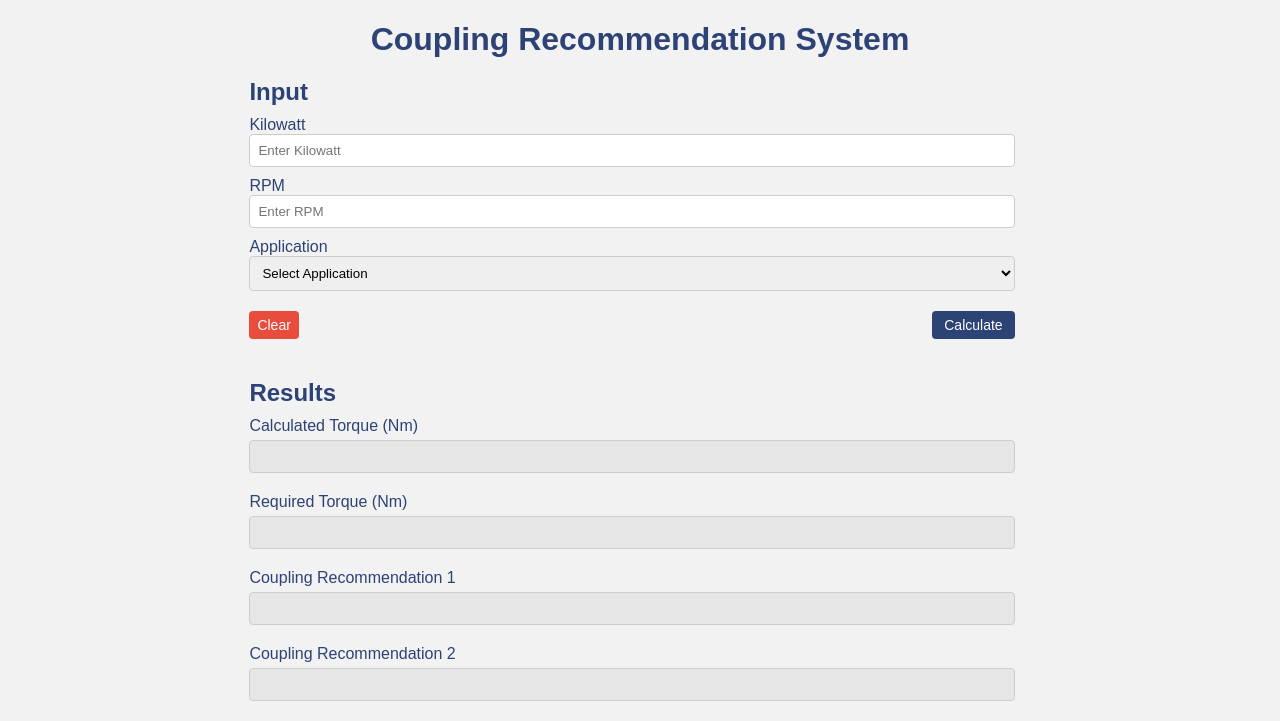
Repository: JustinSadie/calculator
Page: newIndex.html
The author's editor kept a copy of each file at every save. The page is drawn from the files as they stood at one save, then again after the next save.
The browser window is 1280 px wide. The pictures show the whole page.

Above is the page before, as saved 2024-08-25 17:05:07.

After the next save:
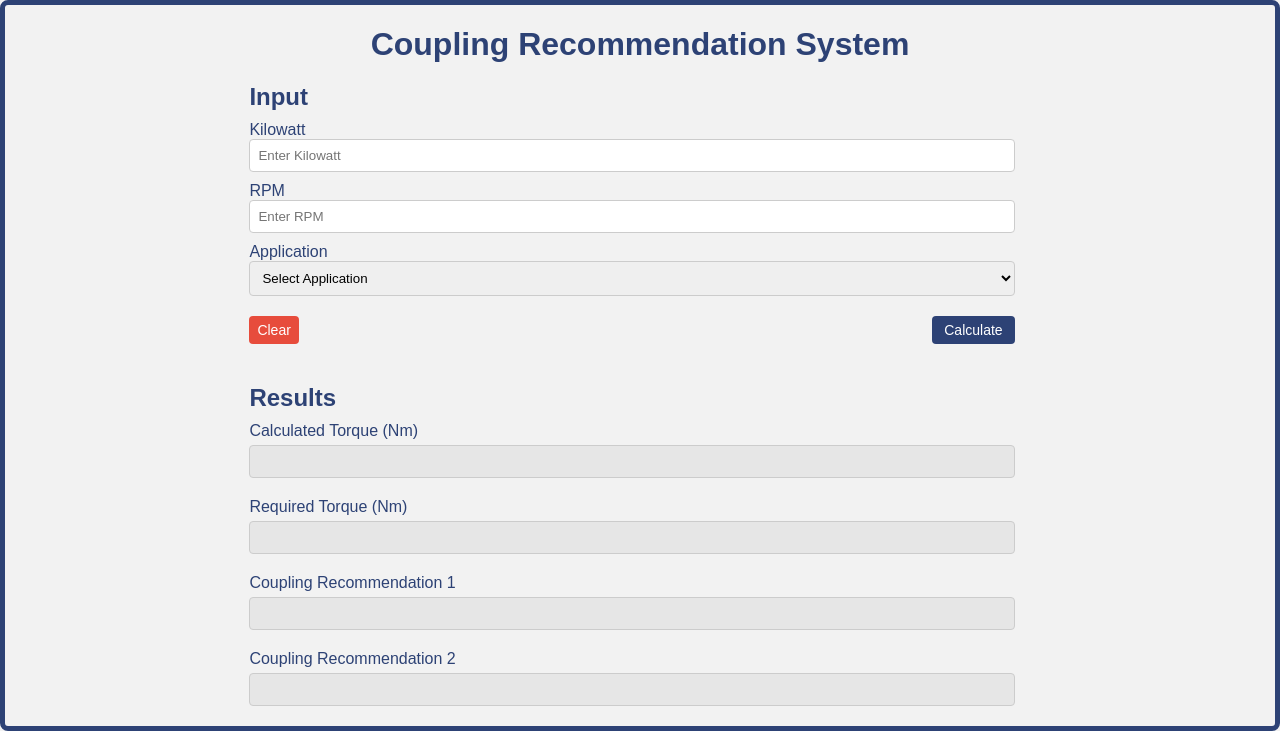
Saved 4 min 1 s later.
--- a/newCSS.css
+++ b/newCSS.css
@@ -9,6 +9,8 @@
   justify-content: center;
   align-items: center;
   min-height: 100vh;
+  border: 5px solid #2d4275; /* Add border around the container */
+  border-radius: 8px;
 }
 
 .coupling-caclulator {

After the 2 saves that followed:
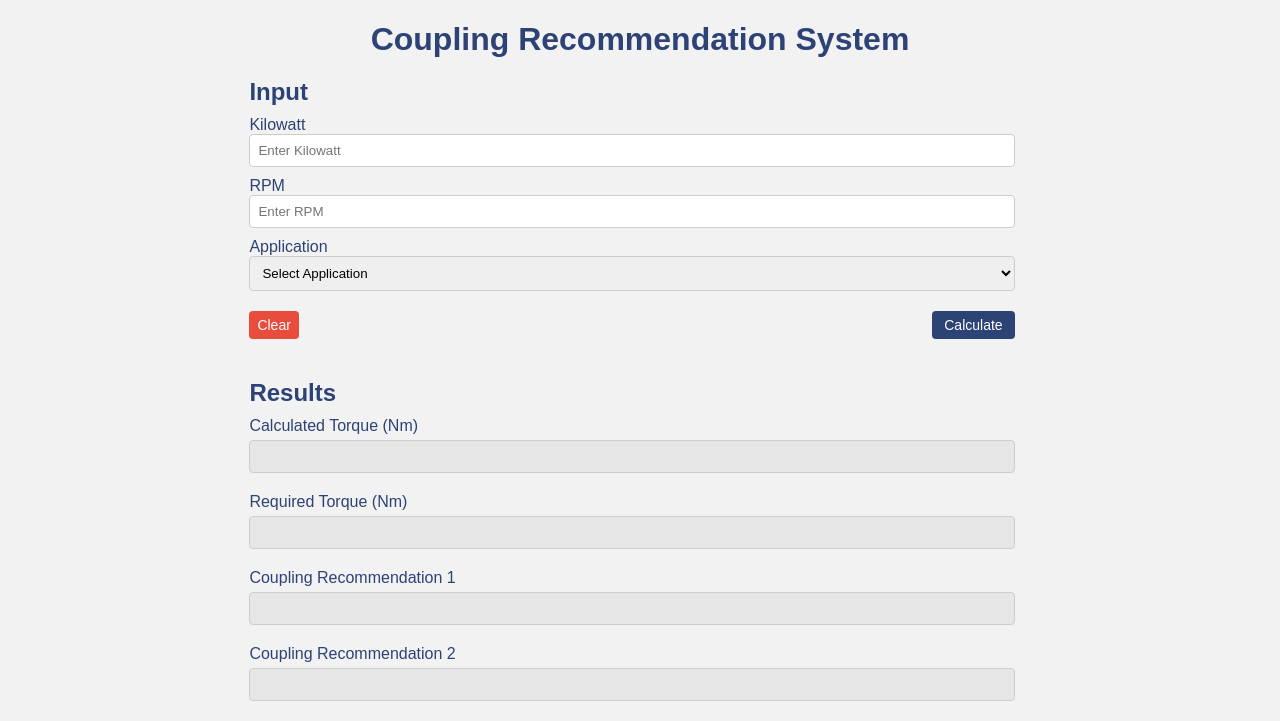
The 2 saves are shown as one change because 1 left the picture as it was.
The last was saved 59 s later.
--- a/newIndex.html
+++ b/newIndex.html
@@ -8,6 +8,7 @@
   </head>
   <body>
     <div class="coupling-calculator">
+      <div>
       <h1>Coupling Recommendation System</h1>
 
       <div class="input-section">
@@ -86,6 +87,8 @@
       </div>
 
       <script src="Coupling generator copy.js"></script>
+      </div>
     </div>
+  </div>
   </body>
 </html>
--- a/newCSS.css
+++ b/newCSS.css
@@ -9,8 +9,6 @@
   justify-content: center;
   align-items: center;
   min-height: 100vh;
-  border: 5px solid #2d4275; /* Add border around the container */
-  border-radius: 8px;
 }
 
 .coupling-caclulator {
@@ -123,7 +121,3 @@
   background-color: #e6e6e6;
   cursor: not-allowed;
 }
-
-.container .coupling-calculator {
-  border: 5px solid #2d4275;
-}
